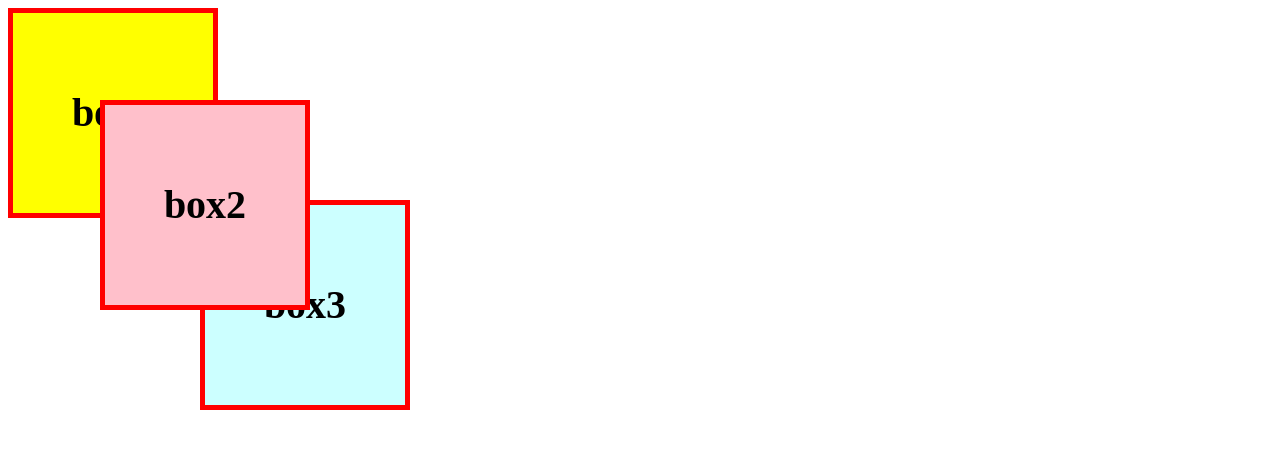
Repository: gwonjunsu95/html5
Page: html5/WebContent/day0403.html
The author's editor kept a copy of each file at every save. The page is drawn from the files as they stood at one save, then again after the next save.
The browser window is 1280 px wide. The pictures show the whole page.

Above is the page before, as saved 2020-04-21 05:57:15.

### html5/WebContent/day0403.html
<!DOCTYPE html>
<html>
<head>
	<meta charset="UTF-8">
	<title>Insert title here</title>
	<style>
		div {
			width: 200px;
			height: 200px;
			border: 5px solid red;
			background: yellow;
			text-align: center;
			line-height: 200px;
			font-size: 40px;
			font-weight: 700;
			position: absolute;
		}

		#box2 {
			top: 100px;
			left: 100px;
			background: pink;
			z-index: 1000;
		}

		#box3 {
			top: 200px;
			left: 200px;
			background: #ccffff;
		}
	</style>
</head>
<body>
	<div id = "box1">box1</div>
	<div id = "box2">box2</div>
	<div id = "box3">box3</div>
</body>
</html>

After the next save:
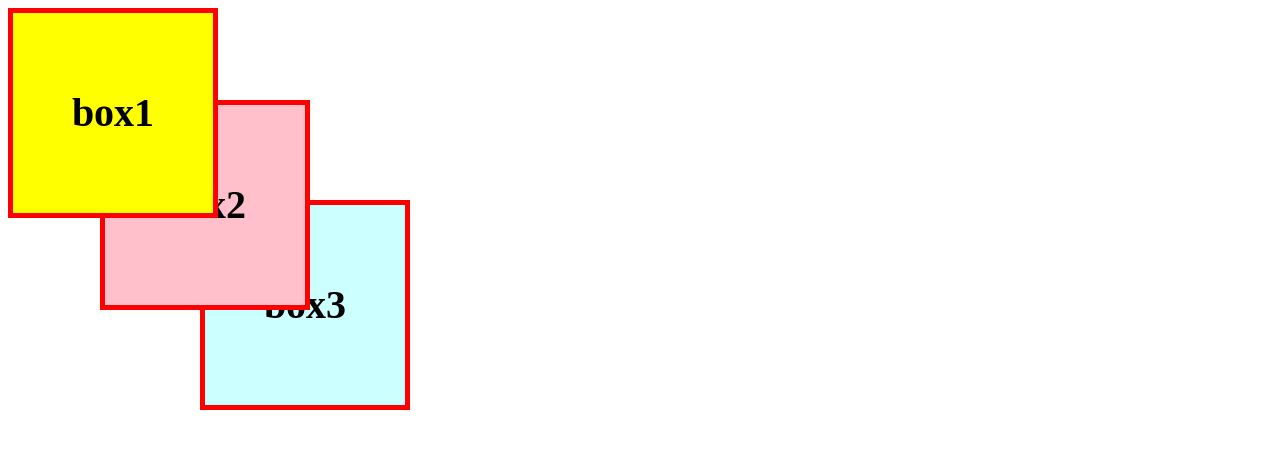
Saved 31 s later.
--- a/html5/WebContent/day0403.html
+++ b/html5/WebContent/day0403.html
@@ -14,6 +14,10 @@
 			font-size: 40px;
 			font-weight: 700;
 			position: absolute;
+		}
+
+		#box1 {
+			z-index: 1001;
 		}
 
 		#box2 {

After the save that followed:
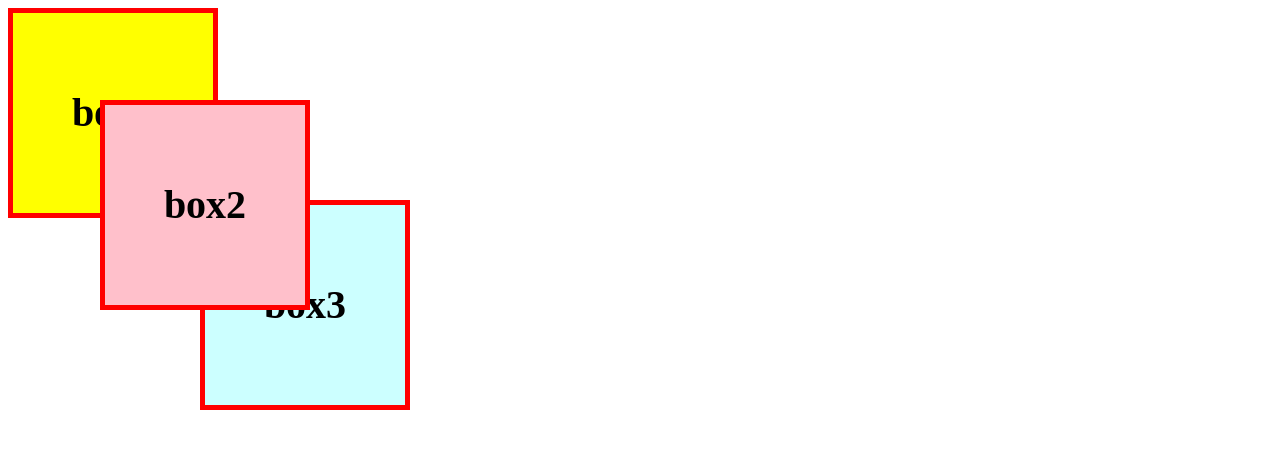
Saved 8 s later.
--- a/html5/WebContent/day0403.html
+++ b/html5/WebContent/day0403.html
@@ -17,7 +17,7 @@
 		}
 
 		#box1 {
-			z-index: 1001;
+			z-index: 999;
 		}
 
 		#box2 {
